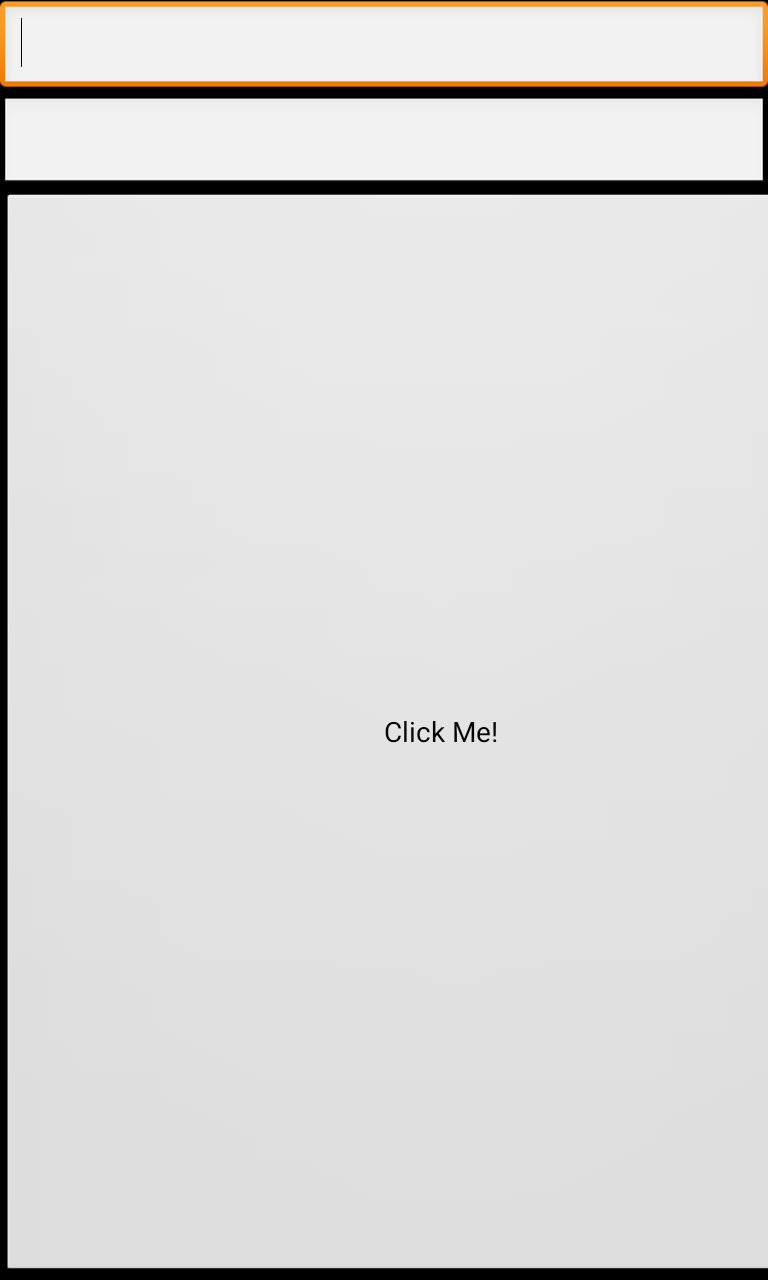
Repository: joshzana/Android
Layout: helloworld/res/layout/details.xml
These files come from the project's save history. The layout is drawn as it stood at one moment and after the next save; the edit follows.
It is drawn on a 768 x 1280 px phone screen (xhdpi) without system bars, with theme android:Theme; the app's code is not run.

Above is the layout before, as saved 2011-09-11 19:05:31.

### helloworld/res/layout/details.xml
<?xml version="1.0" encoding="utf-8"?>
<LinearLayout
  xmlns:android="http://schemas.android.com/apk/res/android"
  android:orientation="vertical"
  android:layout_width="match_parent"
  android:layout_height="match_parent">
    <EditText android:layout_height="wrap_content" android:id="@+id/editText1" android:layout_width="match_parent">
        <requestFocus></requestFocus>
    </EditText>
    <EditText android:layout_height="wrap_content" android:id="@+id/editText2" android:layout_width="match_parent" android:inputType="phone"></EditText>
    <Button android:id="@+id/button1"
	 android:layout_height="wrap_content"
	 android:text="@string/clickme"
	 android:layout_weight="0.23"
	 android:layout_width="442dp"/>
</LinearLayout>

### helloworld/res/values/strings.xml
<?xml version="1.0" encoding="utf-8"?>
<resources>
    <string name="hello">Hello World, HelloworldActivity!</string>
    <string name="app_name">Helloworld</string>
    <string name="clickme">Click Me!</string>
</resources>

After the next save:
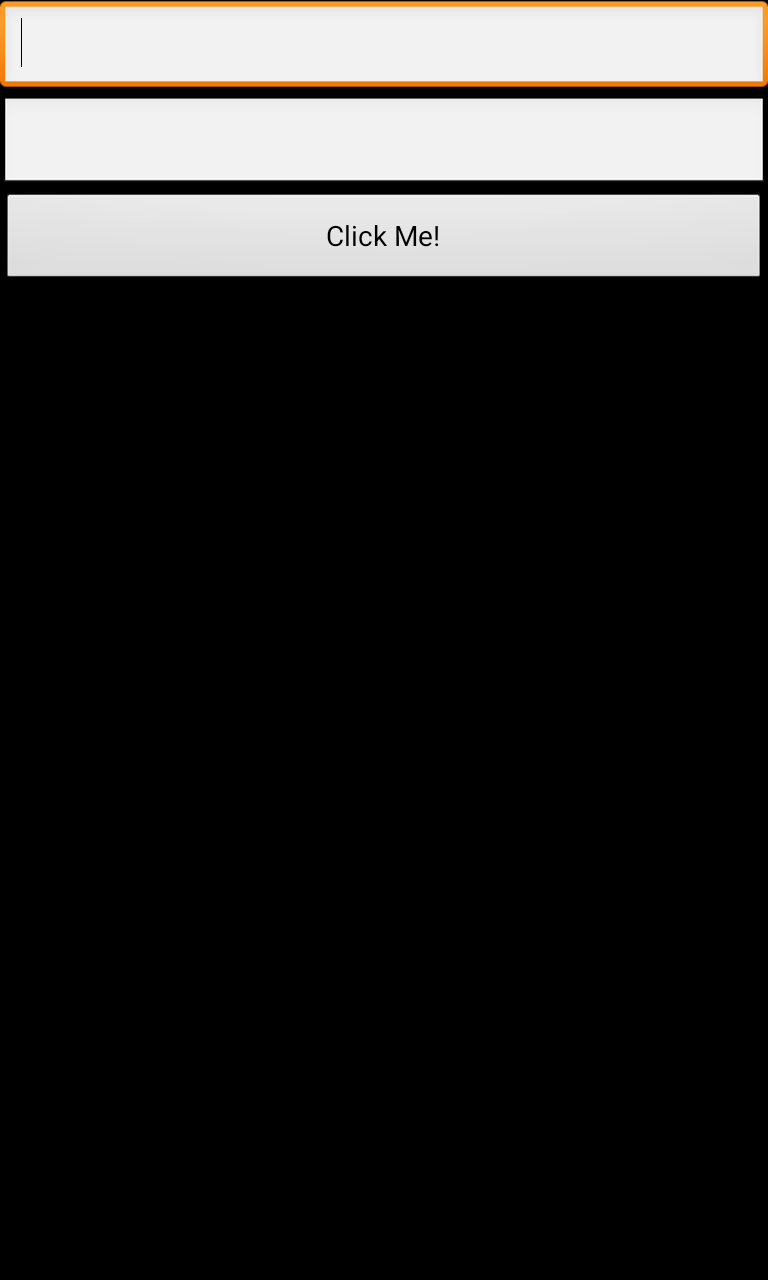
Saved 19 s later.
--- a/helloworld/res/layout/details.xml
+++ b/helloworld/res/layout/details.xml
@@ -11,6 +11,5 @@
     <Button android:id="@+id/button1"
 	 android:layout_height="wrap_content"
 	 android:text="@string/clickme"
-	 android:layout_weight="0.23"
-	 android:layout_width="442dp"/>
+	 android:layout_width="match_parent"/>
 </LinearLayout>
